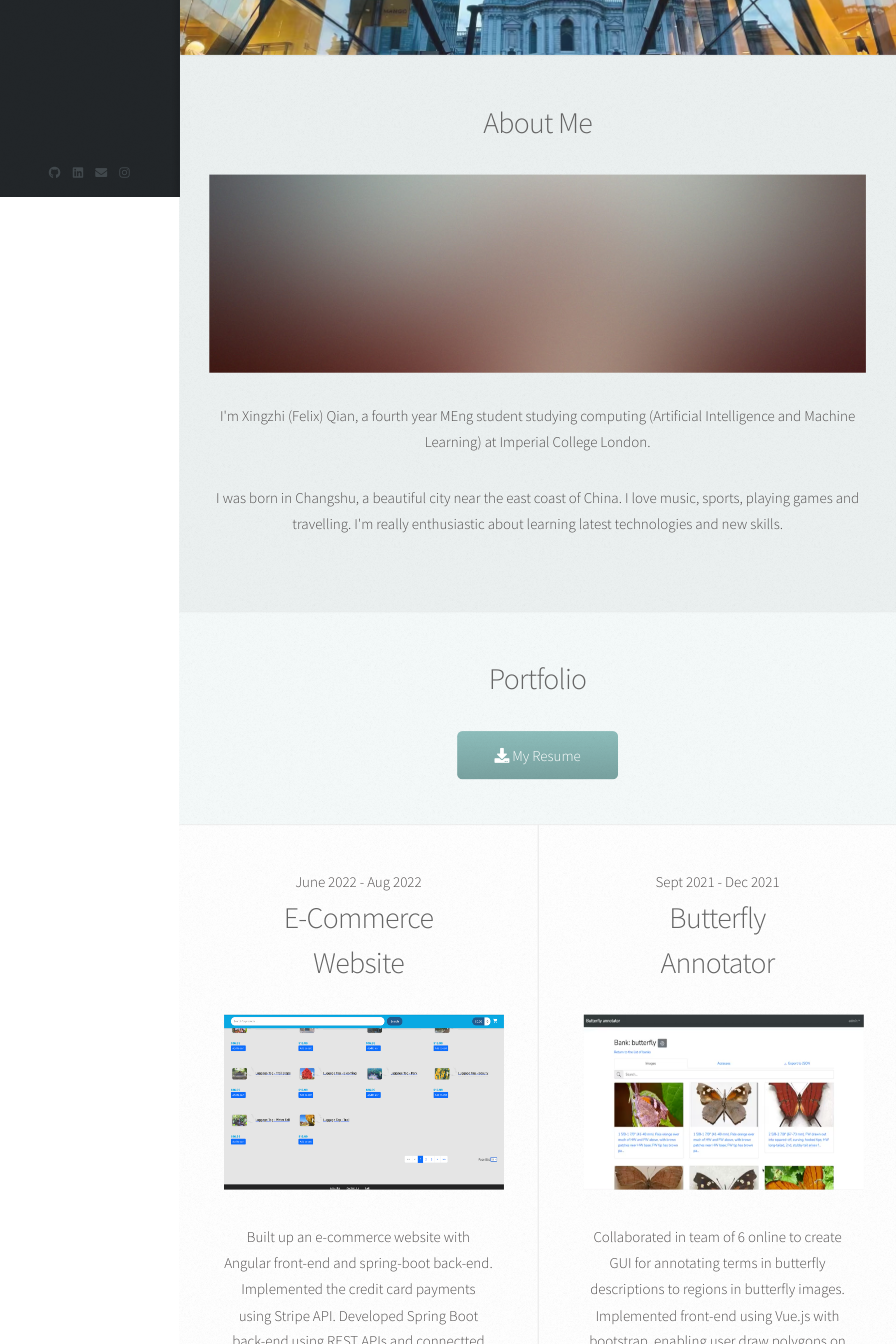
Repository: Felixqxz/Felixqxz.github.io
Page: index.html
These files come from the project's save history. The page is drawn as it stood at one moment and after a run of saves; the edit follows.
The browser window is 1280 px wide. The pictures show the part of the page from y = 438 to 2358 px (the page is 5449 px tall before and 5957 px after), at 70% of full size.

Above is the page before, as saved 2022-08-02 15:12:32.

After the next 2 saves:
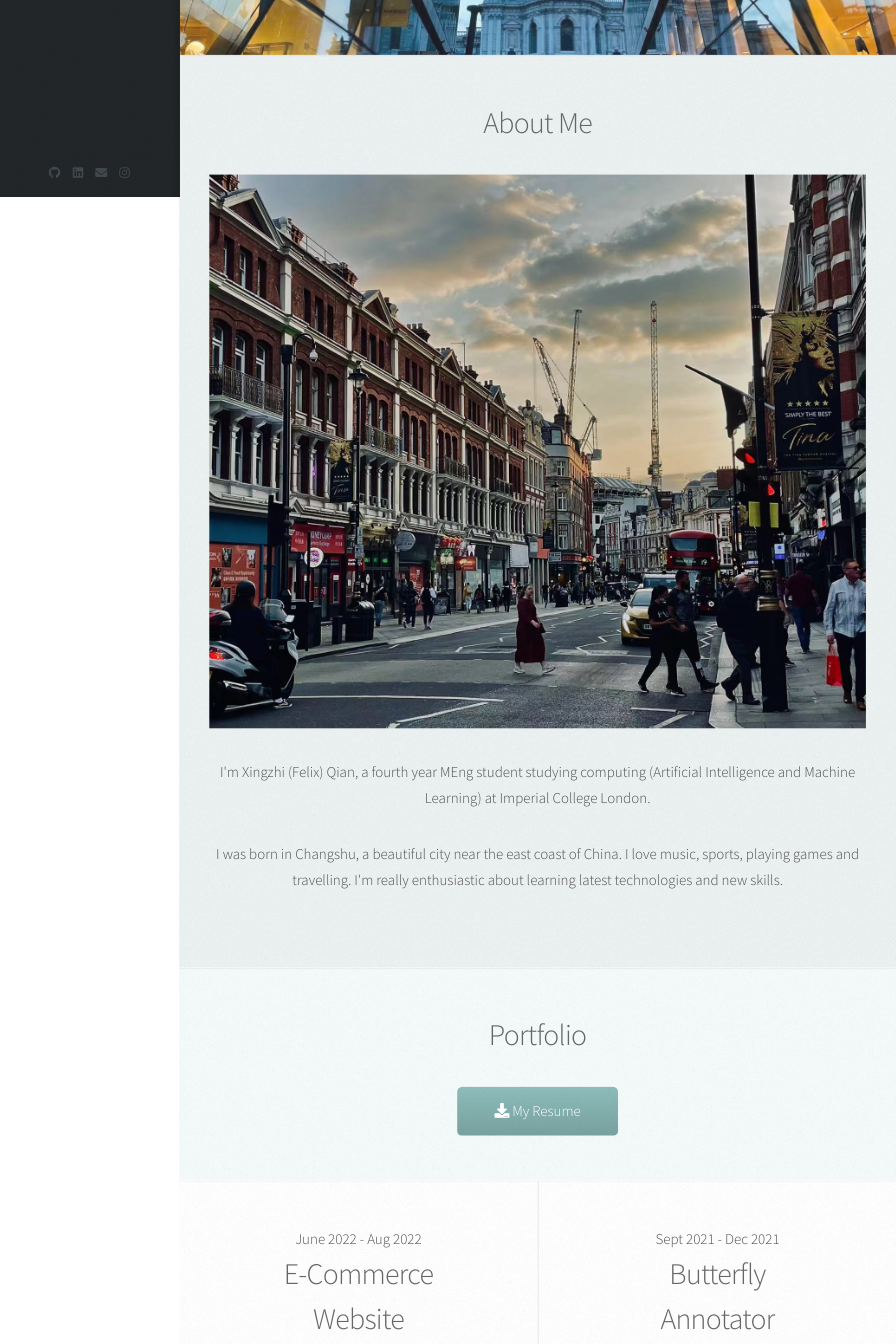
The 2 saves are shown as one change because they came seconds apart.
The last was saved 2 min 1 s later.
--- a/index.html
+++ b/index.html
@@ -80,7 +80,7 @@
 								<h2>About Me</h2>
 							</header>
 
-							<a href="#" class="image featured"><img src="images/pic08.jpg" alt="" /></a>
+							<a href="#" class="image featured"><img src="images/about.jpeg" alt="" /></a>
 
 							<p>I'm Xingzhi (Felix) Qian, a fourth year MEng student studying computing (Artificial Intelligence and Machine Learning) at Imperial College London. </p>
 							<p>I was born in Changshu, a beautiful city near the east coast of China. I love music, sports, playing games and travelling.
